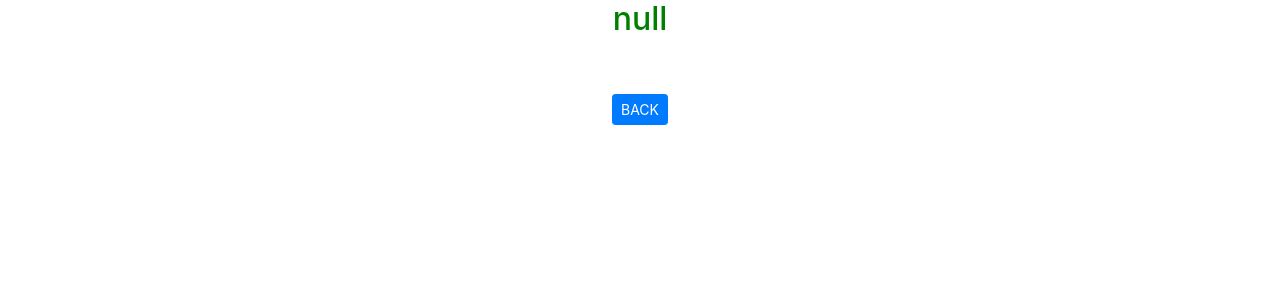
Repository: malode-ganesh/Classify-Notes
Page: http://localhost/Project2/noticeAlert.jsp
An editor plug-in stored every save of this project. The page is shown before and after the next save, followed by the edit.
The browser window is 1280 px wide. The pictures show the whole page.
Some web libraries are served in a nearby version. The page is served by Tomcat 10. Other server files are loaded and not shown.

Above is the page before, as saved 2023-03-15 17:04:04.
Console error: TypeError: Cannot read properties of undefined (reading 'fn')

### Project2/src/main/webapp/noticeAlert.jsp
<%@ page language="java" contentType="text/html; charset=ISO-8859-1"
    pageEncoding="ISO-8859-1"%>
<!DOCTYPE html>
<html>
<head>
<meta charset="ISO-8859-1">
<%@include file="Bootstrap/Bootstrap.jsp" %>
<title>Uploaded Successfully</title>
</head>
<body>
<%! String msg; %>
<%msg =(String) request.getAttribute("msg"); %>
<center>
<h2 style="color:green;"><%=msg %></h2>
<br><br>
<button class="btn btn-sm btn-primary" value="Back" type="Button"
					onclick="history.go(-1);">BACK</button>
</center>
</body>
</html>

### Project2/src/main/webapp/Bootstrap/Bootstrap.jsp

<link rel="stylesheet" type="text/css" href="./Bootstrap/css/bootstrap.min.css">

<script type="text/javascript" src="./Bootstrap/js/bootstrap.bundle.js"></script>
<script type="text/javascript" src="./Bootstrap/JQuery/jquery-3.2.1.js"></script>
<script type="text/javascript" src="./Bootstrap/js/popper.min.js"></script>

<%-- Fontawsome --%>
<!-- <link rel="stylesheet" href="./Bootstrap/fontawesome/fontawesome.css" type="text/css"> -->
<script type="text/javascript" src="./Bootstrap/fontawesome/f-icons.js" ></script>

Loaded but not shown: Project2/src/main/webapp/Bootstrap/css/bootstrap.min.css (library); Project2/src/main/webapp/Bootstrap/js/bootstrap.bundle.js (library); Project2/src/main/webapp/Bootstrap/JQuery/jquery-3.2.1.js (library); Project2/src/main/webapp/Bootstrap/js/popper.min.js (library); Project2/src/main/webapp/Bootstrap/fontawesome/f-icons.js (library)

After the next save:
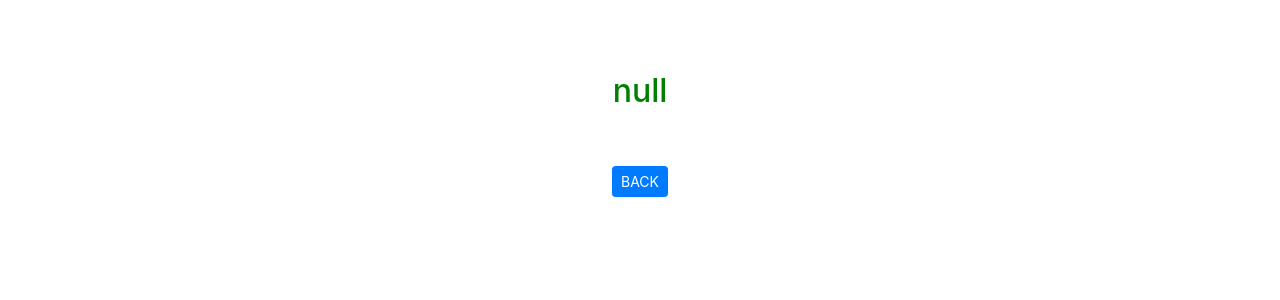
Saved 20 s later.
--- a/Project2/src/main/webapp/noticeAlert.jsp
+++ b/Project2/src/main/webapp/noticeAlert.jsp
@@ -8,6 +8,7 @@
 <title>Uploaded Successfully</title>
 </head>
 <body>
+<br><br><br>
 <%! String msg; %>
 <%msg =(String) request.getAttribute("msg"); %>
 <center>
